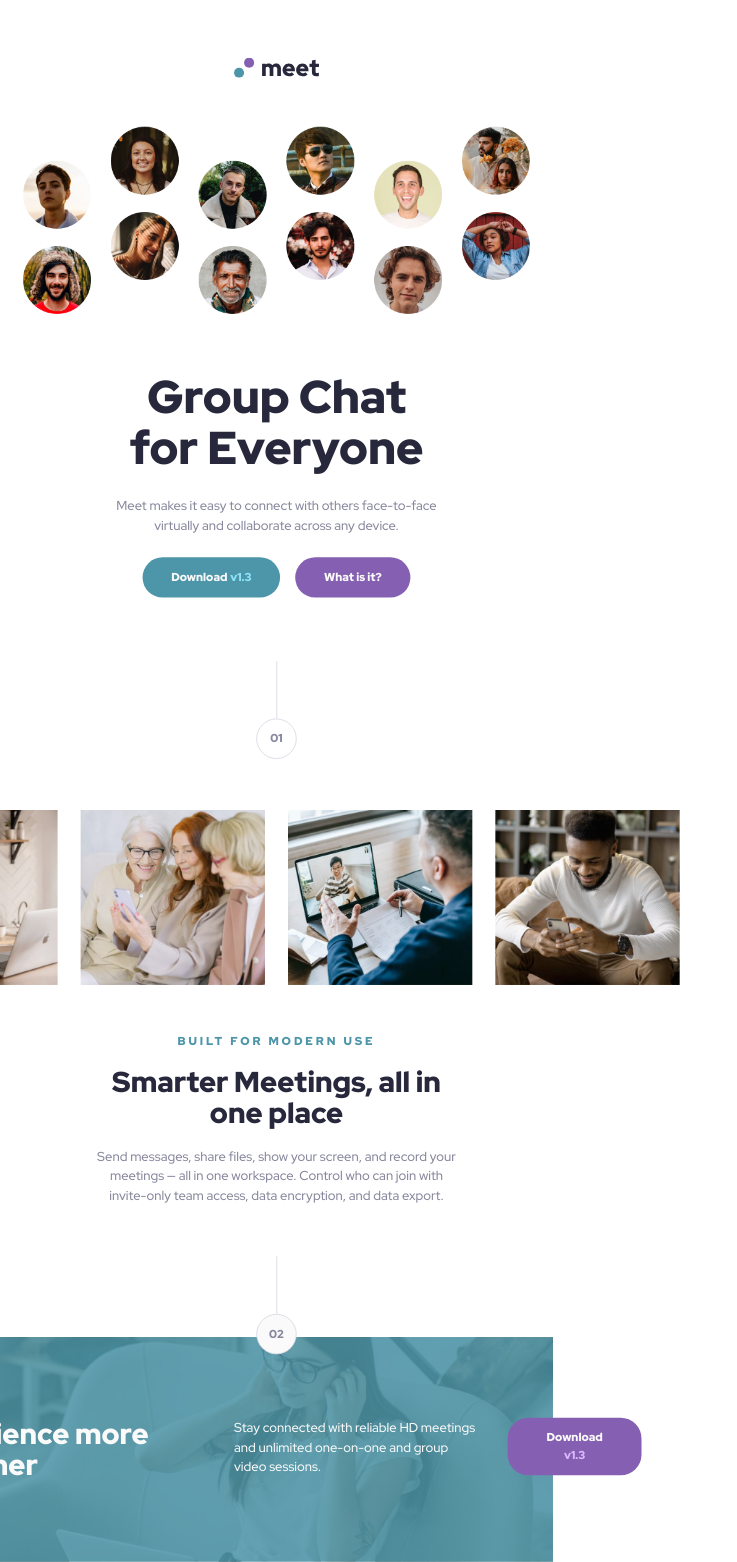
Repository: brandontaylor1/meet-landing-page
Page: index.html
These files come from the project's save history. The page is drawn as it stood at one moment and after the next save; the edit follows.
The browser window is 768 px wide. The page is 1024 px wide, so the pictures cover 1024 px, including what lies to the right of the window. The pictures show the whole page, at 72% of full size.

Above is the page before, as saved 2025-01-13 19:50:09.

### index.html
<!DOCTYPE html>
<html lang="en">
<head>
    <meta charset="UTF-8">
    <meta name="viewport" content="width=device-width, initial-scale=1.0">
    <link rel="preconnect" href="https://fonts.googleapis.com">
    <link rel="preconnect" href="https://fonts.gstatic.com" crossorigin>
    <link href="https://fonts.googleapis.com/css2?family=Red+Hat+Display:ital,wght@0,300..900;1,300..900&display=swap" rel="stylesheet">
    <link rel="stylesheet" href="styles.css">
    <title>Meet Landing Page</title>
</head>
<body>
    <nav class="navbar">
        <div class="logo-container">
            <img src="./assets/images/logo.svg" alt="meet logo">
        </div>
    </nav>
    <section class="hero-section">
        <img src="" class="responsive-image" alt="responsive-image">
        <img src="./assets/images/image-hero-left.png" class="hero-images"  id="left-faces" alt="Left Faces">
        <div class="hero-content">
            <h1>Group Chat for Everyone</h1>
            <p>Meet makes it easy to connect with others face-to-face virtually and collaborate across any device.</p>
            <div class="btn-container">
                <button class="hero-btn" id="downloadBtn">Download<span>v1.3</span></button>
                <button class="hero-btn" id="whatisitBtn">What is it?</button>
            </div>
        </div>
        <img src="./assets/images/image-hero-right.png" class="hero-images" id="right-faces" alt="Right Faces">
    </section>

    <section class="main-content">
        <div class="content">
            <div class="design-container">
                <div class="gray-line"></div>
                <div class="gray-circle">01</div>
            </div>
            <div class="image-container">
                <img src="./assets/images/image-woman-in-videocall.jpg" alt="woman on video call">
                <img src="./assets/images/image-women-videochatting.jpg" alt="women vidoechatting">
                <img src="./assets/images/image-men-in-meeting.jpg" alt="men in a meeting">
                <img src="./assets/images/image-man-texting.jpg" alt="man texting">
            </div>
            <div class="text-container">
                <h3>Built for Modern Use</h3>
                <h2>Smarter Meetings, all in one place</h2>
                <p>Send messages, share files, show your screen, and record your meetings — all in one workspace. Control who can join with invite-only team access, data encryption, and data export.</p>
            </div>
        </div>
    </section>
    <div class="design-container">
        <div class="gray-line"></div>
        <div class="gray-circle white">02</div>
    </div>
    <section class="footer">
        <div class="footer-grid">
            <h2>Experience more together</h2>
            <p>Stay connected with reliable HD meetings and unlimited one-on-one and group video sessions.</p>
            <button class="hero-btn" id="whatisitBtn">Download <span class="footer-span">v1.3</span></button>
        </div>
    </section>

</body>
</html>

### styles.css
* {
    margin: 0;
    padding: 0;
    box-sizing: border-box
}

:root {
    --color-white: #FAFAFA;
    --color-slate: #87879D;
    --color-lightslate: #D1D1DF;
    --color-darkslate: #28283D;
    --color-cyan: #4D96A9;
    --color-purple: #855FB1;
    --color-lightcyan: #8FE3F9;
    --color-lightpurple: #D9B8FF;

    font-size: 16px;

}

body {
    display: flex;
    flex-direction: column;
    align-items: center;
    justify-content: center;
}

.white {
    background-color: var(--color-white);
}

.navbar {
    display: flex;
    padding: 5rem 5rem 0 5rem;
    flex-direction: column;
    justify-content: flex-end;
    align-items: center;
    gap: var(--spacing-100, .5rem);
    align-self: stretch;

}

.hero-section {
    display: flex;
    justify-content: space-between;
    align-items: center;
    padding: 4rem 5rem;
    height: auto;
    width: 100%;
}

.left-faces {
    padding-right: 95px;
    padding-bottom: 57px;
}

.right-faces {
    padding-left: 95px;
    padding-top: 57px;
}

.responsive-image {
    display: none;
}

.hero-section {
    width: 100%;
}

.hero-content {
    display: flex;
    flex-direction: column;
    align-items: center;
    justify-content: space-between;
    width: 448px;
    height: 314px;

}

.hero-content h1 {
    font-family: "Red Hat Display", sans-serif;
    font-size: 4rem;
    font-weight: 900;
    line-height: 110%;
    color: var(--color-darkslate);
    text-align: center;
}

.hero-content p {
    font-family: "Red Hat Display", sans-serif;
    font-size: 18px;
    font-weight: 500;
    line-height: 150%;
    color: var(--color-slate);
    text-align: center;

}

.hero-btn {
    padding: 16px 40px;
    border-radius: 29px;
    border: none;

}

#downloadBtn {
    background-color: var(--color-cyan);
    color: var(--color-white);
    font-size: 16px;
    font-family: "Red Hat Display", sans-serif;
    font-weight: 900;
    line-height: 150%;
    margin-right: 8.5px;
}

#downloadBtn span {
    margin-left: 4px;
    color: var(--color-lightcyan);

}

#whatisitBtn {
    background-color: var(--color-purple);
    color: var(--color-white);
    font-size: 16px;
    font-family: "Red Hat Display", sans-serif;
    font-weight: 900;
    line-height: 150%;
    margin-left: 8.5px;
}

.main-content {
    display: flex;
    flex-direction: column;
    align-items: center;
    justify-content: center;
    height: 883px;
    padding: 56px 80px 72px 80px;
}

.content {
    display: flex;
    flex-direction: column;
    align-items: center;
    justify-content: space-between;
    height: 755px;
}

.design-container {
    display: flex;
    justify-content: center;
    align-items: center;
    flex-direction: column;

}

.gray-line {
    width: 1px;
    height: 80px;
    background-color:  var(--color-lightslate);
    z-index: 5;
}

.gray-circle {
    width: 56px;
    height: 56px;
    display: flex;
    align-items: center;
    justify-content: center;
    border-radius: 50%;
    border: 1px solid var(--color-lightslate);
    color: var(--color-slate);
    font-size: 16px;
    font-family: "Red Hat Display", sans-serif;
    font-weight: 900;
    line-height: 150%;
    z-index: 5;
}

.image-container {
    display: grid;
    grid-template-columns: repeat(4, 1fr);
    grid-template-rows: 1fr;
    gap: 32px;
}

.image-container img {
    width: 256px;
    height: auto;
}

.text-container {
    width: 500px;
    height: 235px;
    display: flex;
    flex-direction: column;
    align-items: center;
    justify-content: space-between;
}

.text-container h3 {
    font-family: "Red Hat Display", sans-serif;
    font-size: 16px;
    font-weight: 900;
    line-height: 110%;
    text-transform: uppercase;
    letter-spacing: 4px;
    color: var(--color-cyan);
}

.text-container h2 {
    font-family: "Red Hat Display", sans-serif;
    font-size: 40px;
    font-style: normal;
    font-weight: 900;
    line-height: 110%;
    text-align: center;
    color: var(--color-darkslate);
}

.text-container p {
    font-family: "Red Hat Display", sans-serif;
    font-size: 18px;
    font-style: normal;
    font-weight: 500;
    line-height: 150%;
    text-align: center;
    color: var(--color-slate)
}


.footer {
    padding: 7rem 5rem;
    width: 100%;
    display: flex;
    align-items: center;
    justify-content: center;
    background-image: url("./assets/images/image-footer.jpg");
    background-size: cover;
    background-position: center;
    background-repeat: no-repeat;
    margin-top: -1.5rem;
    position: relative;
    z-index: 0;
}

.footer-grid {
    display: flex;
    align-items: flex-start;
    justify-content: center;
    grid-template-columns: repeat(3, 1fr);
    width: 70rem;
    gap: 32px;
    z-index: 2;

}

.footer-grid h2 {
    font-family: "Red Hat Display", sans-serif;
    font-size: 2.5rem;
    font-weight: 900;
    line-height: 110%;
    color: var(--color-white);
    width: 27rem;
}

.footer-grid p {
    font-family: "Red Hat Display", sans-serif;
    font-size: 1.125rem;
    font-weight: 500;
    line-height: 150%;
    color: var(--color-white);
    width: 22rem;
}

.footer::before {
    content: "";
    position: absolute;
    top: 0;
    left: 0;
    width: 100%;
    height: 100%;
    background-color: hsla(192, 37%, 48%, 0.85); /* Adjust the color and opacity as needed */
    z-index: 1;
}

.footer-span {
    color: var(--color-lightpurple)
}


@media screen and (min-width: 795px) and (max-width: 1354px) {
    .hero-section {
        padding: 4rem 2rem;
        flex-direction: column;
        justify-content: space-between;
        align-items: center;
    }

    .hero-content {
        margin-top: 72px;
    }

    .hero-content h1 {
        font-size: 3rem;
    }

    .hero-content p {
        font-size: 16px;
    }

    .hero-images {
        display: none;
    }

    .responsive-image {
        display: block;
        content: url("./assets/images/tablet/image-hero.png");
    }

    .main-content {
        width: 100%;
        height: auto;
        /* padding: 56px 40px 72px 40px; */
    }

    .content {
        height: auto;
        display: flex;
        flex-direction: column;
        align-items: center;
        justify-content: space-between;
    }

    .image-container {
        grid-template-columns: repeat(2, 1fr);
        grid-template-rows: repeat(2, 1fr);
        padding: 4rem 0;
    }
}

@media screen and (max-width: 770px) {
    .hero-images {
        display: none;

    }

    .hero-section {
        display: flex;
        padding: var(--spacing-800, 64px) var(--spacing-400, 32px) var(--spacing-400, 32px) var(--spacing-400, 32px);
        flex-direction: column;
        align-items: center;
        gap: var(--spacing-100, 8px);
        align-self: stretch;
    }



    .hero-content {
        margin-top: 72px;
    }

    .hero content h1 {
        font-size: 2rem;
    }

    .responsive-image {
        display: block;
        content: url('./assets/images/tablet/image-hero.png');
        width: 100%;

    }
}

After the next save:
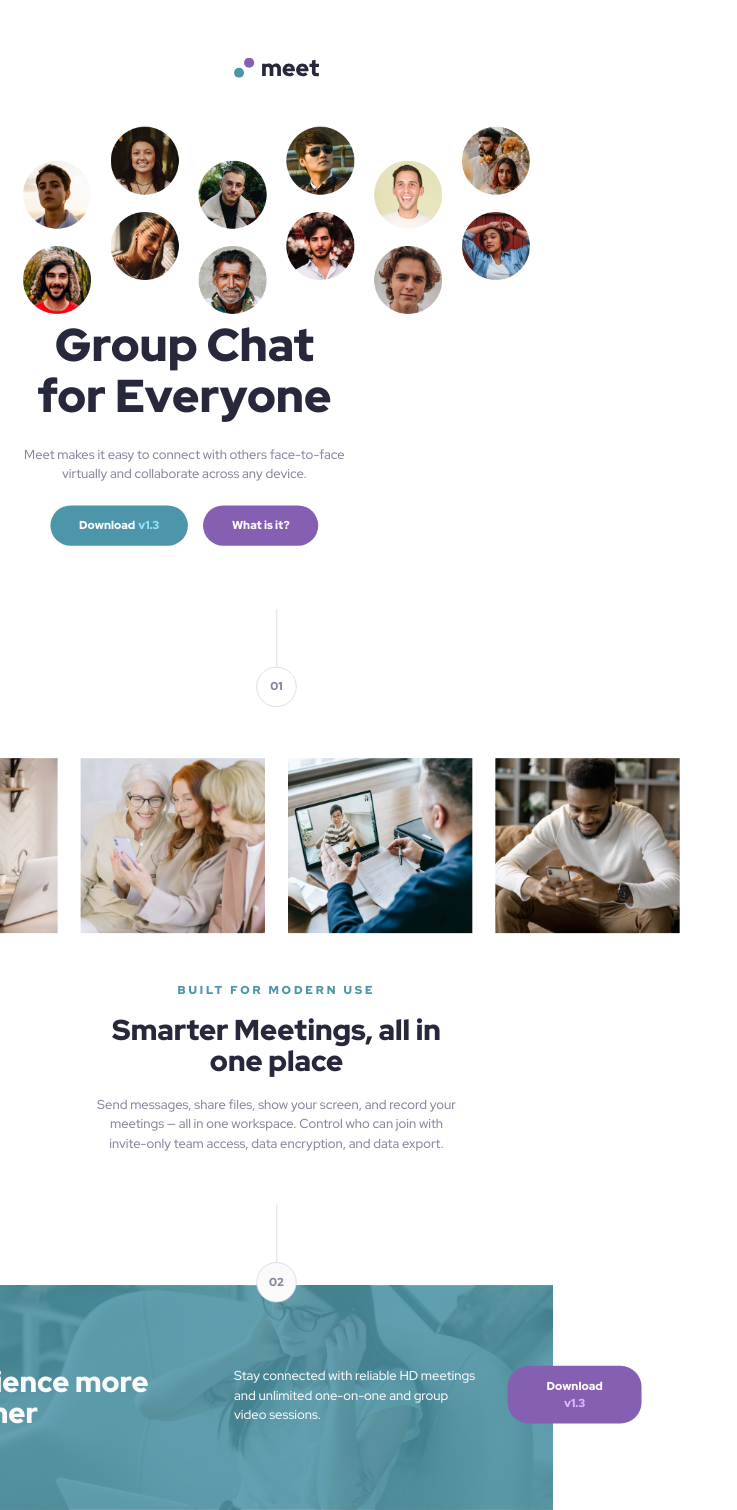
Saved 116 s later.
--- a/styles.css
+++ b/styles.css
@@ -357,7 +357,11 @@ body {
 
 
     .hero-content {
-        margin-top: 72px;
+        display: flex;
+        flex-direction: column;
+        align-items: center;
+        gap: var(--spacing-300, 24px);
+        align-self: stretch;
     }
 
     .hero content h1 {
